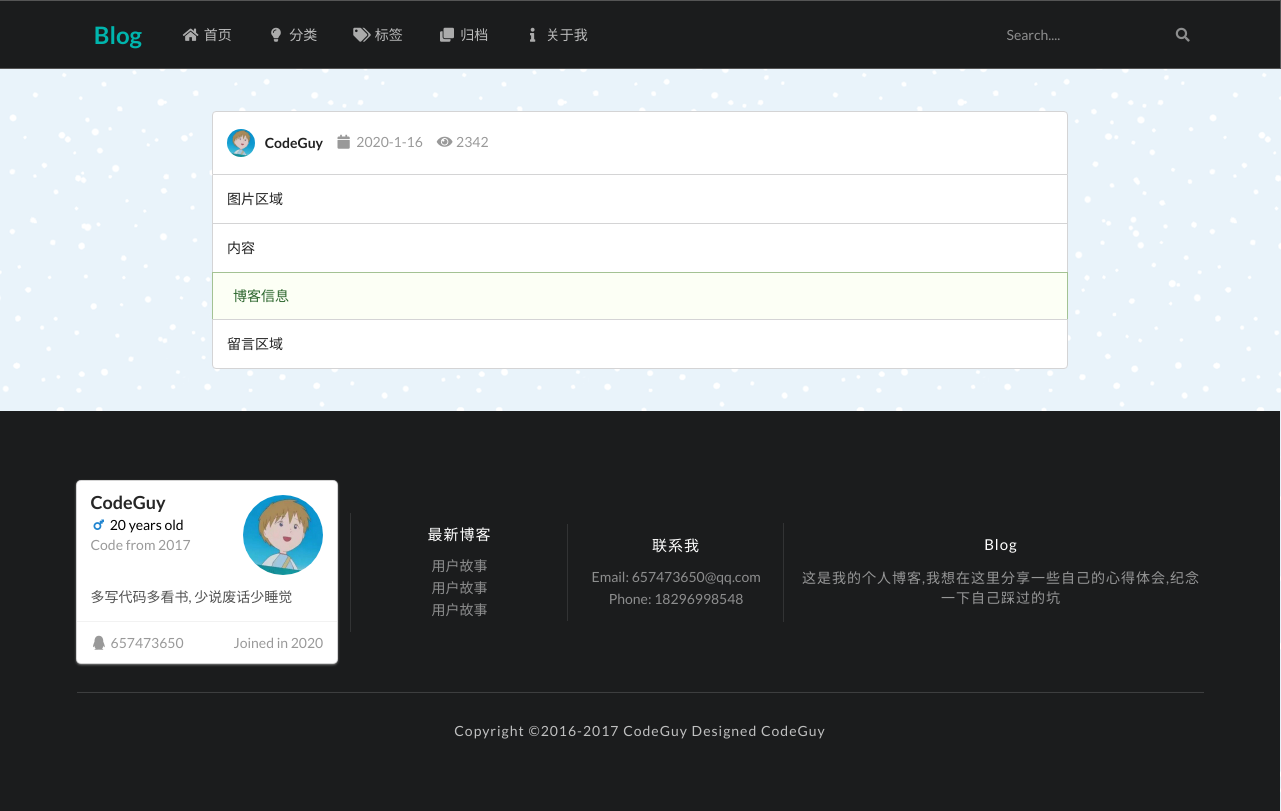
Repository: GOGOHQ/myblog
Page: blog.html
An editor plug-in stored every save of this project. The page is shown before and after the next save, followed by the edit.
The browser window is 1280 px wide. The page is 1281 px wide, so the pictures cover 1281 px, including what lies to the right of the window. The pictures show the whole page.
Some web libraries are served in a nearby version.

Above is the page before, as saved 2020-01-17 13:06:44.

After the next save:
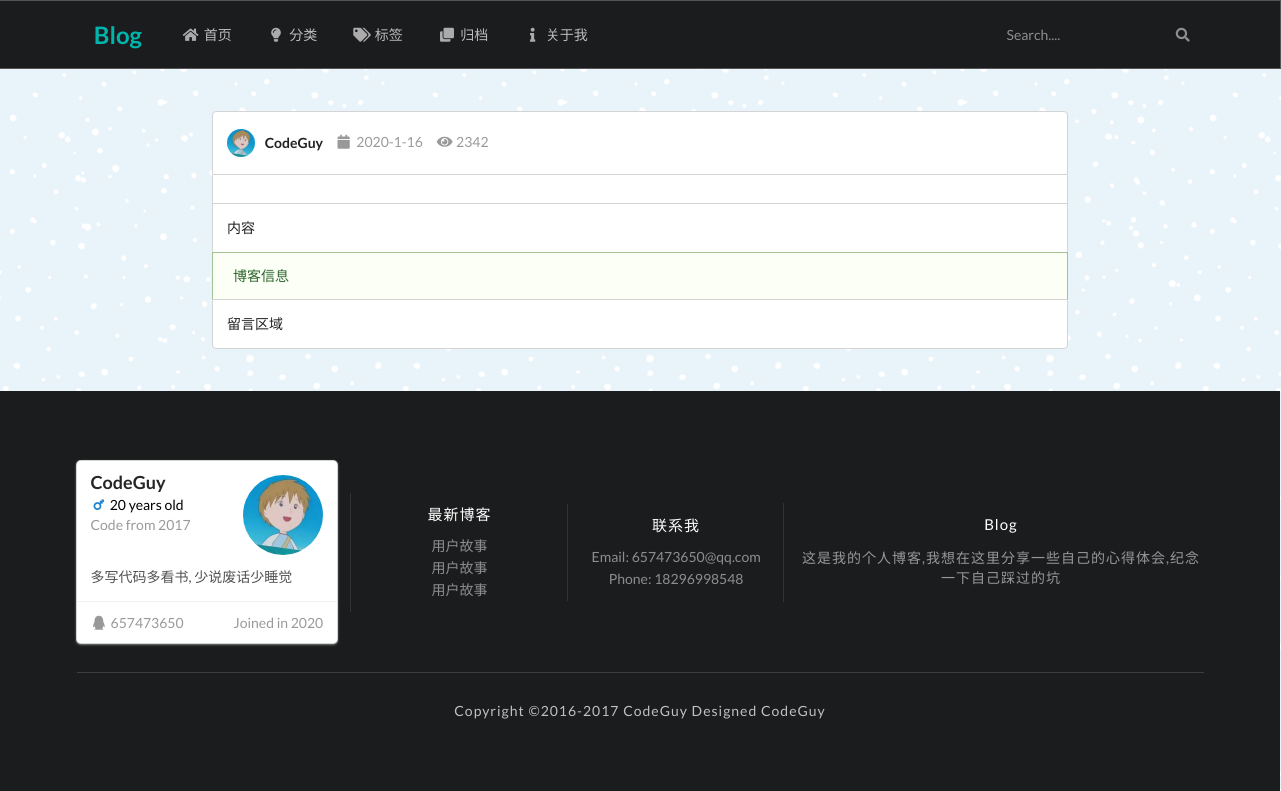
Saved 111 s later.
--- a/blog.html
+++ b/blog.html
@@ -54,7 +54,7 @@
             </div>
         </div>
         <div class="ui attached segment">
-            图片区域
+            <img class="ui fluid images">
         </div>
         <div class="ui attached segment">
             内容
